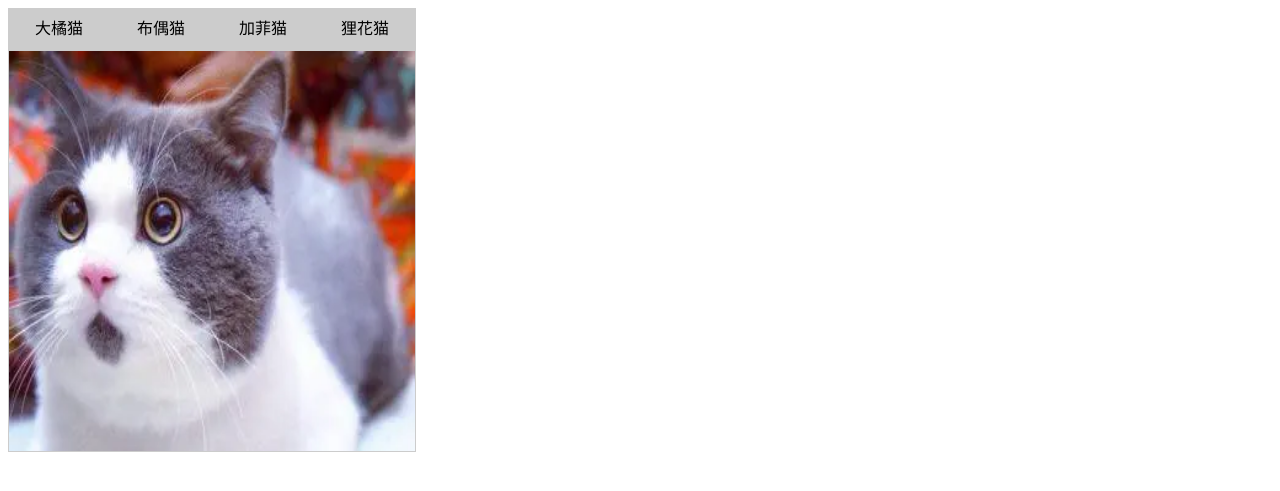
Repository: 1404413577/jsdemo
Page: small-demo/table选项卡.html
An editor plug-in stored every save of this project. The page is shown before and after the next save, followed by the edit.
The browser window is 1280 px wide. The pictures show the whole page.

Above is the page before, as saved 2022-11-24 12:42:13.

### small-demo/table选项卡.html
<!DOCTYPE html>
<html lang="en">
<head>
    <meta charset="UTF-8">
    <meta http-equiv="X-UA-Compatible" content="IE=edge">
    <meta name="viewport" content="width=device-width, initial-scale=1.0">
    <title>Document</title>
    <style>
        ul,li{
            margin: 0;
            padding: 0;
            list-style: none;
        }
        ul{
            overflow: hidden;
        }
        li{
            width: 100px;
            height: 40px;
            background-color: #ccc;
            border: 1px solid #ccc;
            float: left;
            line-height: 40px;
            text-align: center;
        }

        div{
            width: 406px;
            height: 400px;
            border:  1px solid #ccc;
        }
        img{
            width: 406px;
            height: 400px;
            display: none;

        }
    </style>
</head>
<body>
    <ul>
        <li>大橘猫</li>
        <li>布偶猫</li>
        <li>加菲猫</li>
        <li>狸花猫</li>
    </ul>
    <div>
        <img src="./pic/加菲猫.png" alt="" style="display: block;">
        <img src="./pic/布偶猫.png" alt="">
        <img src="./pic/橘猫.png" alt="">
        <img src="./pic/狸花猫.png" alt="">
    </div>
</body>
<script>
    let li = document.getElementsByTagName("li");
    let img = document.getElementsByTagName("img");

    for(let i = 0; i<li.length;i++){
        li[i].index = i;
        li[i].onmouseover = function() {
            li[i].style.background = "yellow"
            // 先把所有图片隐藏 再让对应图片显示
            for(let j = 0; j <img.length; j++){
                img[j].style.display = "none";
            }
            img[this.index].style.display = "block"


        }
        li[i].onmouseout = function() {
            li[i].style.background = "#ccc"
        }
    }

</script>
</html>

After the next save:
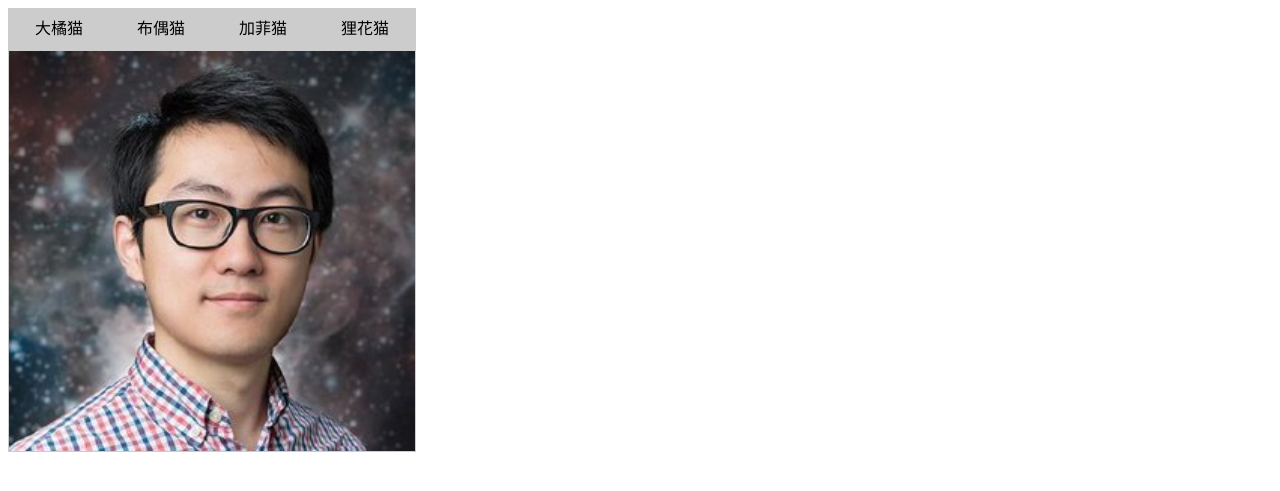
Saved 89 s later.
--- a/small-demo/table选项卡.html
+++ b/small-demo/table选项卡.html
@@ -45,10 +45,10 @@
         <li>狸花猫</li>
     </ul>
     <div>
-        <img src="./pic/加菲猫.png" alt="" style="display: block;">
-        <img src="./pic/布偶猫.png" alt="">
-        <img src="./pic/橘猫.png" alt="">
-        <img src="./pic/狸花猫.png" alt="">
+        <img src="../static/img1.jpg" alt="" style="display: block;">
+        <img src="../static/布偶猫.png" alt="">
+        <img src="../static/橘猫.png" alt="">
+        <img src="../static/狸花猫.png" alt="">
     </div>
 </body>
 <script>
